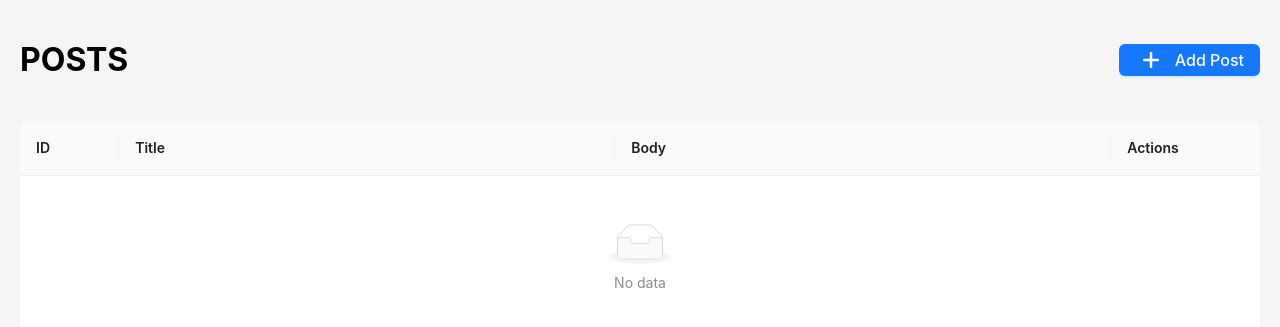
Repository: yasserrrz/Denamo-posts
Page: /
An editor plug-in stored every save of this project. The page is shown before and after a run of saves, followed by the edit.
The browser window is 1280 px wide. The pictures show the whole page.
The page's requests for data from a server got no answer. The project was rebuilt for these pictures with package versions that can differ from the ones it lists, and the page was loaded fresh each time. No one was signed in, and anything a server would have sent is missing. Also part of the build but not shown: src/components/PostForm.tsx.

Above is the page before, as saved 2024-11-28 16:41:28.

### src/App.tsx
import React, { useState } from 'react';
import { Button, Layout, Modal, Typography } from 'antd';
import DataTable from './components/DataTable';
// import AddPostForm from './components/AddPostForm';
import './App.css';
import PostForm from './components/PostForm';
import {ReactComponent as AddIcon} from "./assets/add-277.svg";
const { Header, Content } = Layout;
const { Title } = Typography;


const App: React.FC = () => {
  const [isModalOpen, setIsModalOpen] = useState(false);
  return (<>
    <Layout style={{ minHeight: '100vh' }}>
      <Content style={{ padding: '20px' }}>
         <div style={{marginTop: '20px ' , marginBottom: '20px' , display: 'flex', justifyContent: 'space-between' , alignItems: 'center' }}>
         <Title level={2} style={{ textAlign: 'center' , marginBottom:"0px" , marginTop:"0px" , fontSize: '32px' , fontWeight: '700' , textTransform: 'uppercase' , color: '#000' }}>
          Posts
        </Title>
         <Button onClick={()=>{setIsModalOpen(true)}} style={{fontSize: '16px' , fontWeight: '500' , padding: '15px'}} type="primary"><AddIcon/> Add Post</Button>
         </div>
        <div style={{ marginTop: '40px' }}>
          <DataTable />
        </div>
      </Content>
    </Layout>
    <Modal open={isModalOpen} title="Add New Post" centered width={800} onCancel={() => setIsModalOpen(false)} footer={null}>
      <PostForm  setIsModalOpen={setIsModalOpen} />
    </Modal>
  </>
  );
};

export default App;

### src/components/DataTable.tsx
import React, { useEffect, useState } from 'react';
import { Table, Button, Modal, Form, Input, notification } from 'antd';
import axios from 'axios';
import { Post } from '../types/Post';
import {ReactComponent as EditIcon} from "../assets/edit.svg"
import {ReactComponent as DeleteIcon} from "../assets/delete-icon-1.svg"
const DataTable: React.FC = () => {
  const [posts, setPosts] = useState<Post[]>([]);
  const [loading, setLoading] = useState<boolean>(true);
  const [editingPost, setEditingPost] = useState<Post | null>(null);
  const [isModalOpen, setIsModalOpen] = useState<boolean>(false);
  const [deleteModalOpen, setDeleteModalOpen] = useState<boolean>(false);

  useEffect(() => {
    const fetchData = async () => {
      setLoading(true);
      try {
        const response = await axios.get<Post[]>('https://jsonplaceholder.typicode.com/posts');
        setPosts(response.data);
      } catch (error) {
        console.log(error);
      } finally {
        setLoading(false);
      }
    };

    fetchData();
  }, []);

  const handleEdit = (post: Post) => {
    setEditingPost(post);
    setIsModalOpen(true);
  };

  const handleUpdatePost = async (values: Omit<Post, 'id'>) => {
    if (!editingPost) return;

    try {
      const response = await axios.put<Post>(
        `https://jsonplaceholder.typicode.com/posts/${editingPost.id}`,
        values
      );
      setPosts((prev) =>
        prev.map((post) => (post.id === editingPost.id ? { ...post, ...response.data } : post))
      );
      notification.success({
        message: 'Post Updated',
        description: `Post with ID ${editingPost.id} was updated successfully.`,
      });
    } catch (error) {
      notification.error({
        message: 'Error',
        description: 'Failed to update the post.',
      });
    } finally {
      setIsModalOpen(false);
      setEditingPost(null);
    }
  };

  const handleDelete = async (id: number) => {
    try {
      await axios.delete(`https://jsonplaceholder.typicode.com/posts/${id}`);
      setPosts((prev) => prev.filter((post) => post.id !== id));
      notification.success({
        message: 'Post Deleted',
        description: `Post with ID ${id} was deleted successfully.`,
      });
    } catch (error) {
      notification.error({
        message: 'Error',
        description: 'Failed to delete the post.',
      });
    }
    setDeleteModalOpen(false);
  };

  const columns = [
    {
      title: 'ID',
      dataIndex: 'id',
      key: 'id',
      width: '8%',
      render: (text: string) => <span style={{ fontSize: '12px', color: '#888' }}>{text}</span>,
    },
    {
      title: 'Title',
      dataIndex: 'title',
      key: 'title',
    },
    {
      title: 'Body',
      dataIndex: 'body',
      key: 'body',
    },
    {
      title: 'Actions',
      key: 'actions',
      width: '12%',
      render: (text: any, record: Post) => (
        <div style={{ width: '100%', display: 'flex', gap: '10px', justifyContent: 'space-around' }}>
          <Button type="primary"  onClick={() => handleEdit(record)}>
            <EditIcon/>
          </Button>
          <Button type={"primary"} danger onClick={() => {
            setEditingPost(record);
            setDeleteModalOpen(true);
          }}>
            <DeleteIcon/>
          </Button>
        </div>
      ),
    },
  ];

  return (
    <>
      <Table
        dataSource={posts}
        columns={columns}
        rowKey="id"
        loading={loading}
        scroll={{ y: "calc(100vh - 250px)",  x: 700}}
        pagination={{ pageSize: 10 }}
      />

      {/* edit modal */}
      <Modal
        title="Edit Post"
        open={isModalOpen}
        onCancel={() => setIsModalOpen(false)}
        footer={null}

        centered
      >
        <Form
          initialValues={{ title: editingPost?.title, body: editingPost?.body }}
          onFinish={handleUpdatePost}
          layout="vertical"
        >
          <Form.Item
            name="title"
            label="Title"
            rules={[{ required: true, message: 'Please input the title!' }]}

          >
            <Input placeholder="Enter post title" />
          </Form.Item>
          <Form.Item
            name="body"
            label="Body"
            rules={[{ required: true, message: 'Please input the body!' }]}
          >
            <Input.TextArea rows={4} placeholder="Enter post body" />
          </Form.Item>
          <Form.Item style={{ textAlign: 'center' , display: 'flex', justifyContent: 'flex-end' }}>
            <Button type="default"  htmlType="submit">
              Update Post
            </Button>
          </Form.Item>
        </Form>
      </Modal>

      {/* Delete modal */}
      <Modal
        title="Delete Post"
        open={deleteModalOpen}
        onCancel={() => setDeleteModalOpen(false)}
        footer={null}

        centered
      >
        <p>Are you sure you want to delete this post?</p>
        <div style={{ display: 'flex', gap: '10px', justifyContent: "flex-end" }}>
          <button className='delete-btn' onClick={() => handleDelete(editingPost?.id || 0)}>
            Yes
          </button>
          <button  className='cancel' onClick={() => setDeleteModalOpen(false)}>No</button>
        </div>
      </Modal>
    </>
  );
};

export default DataTable;

### src/App.css
.cancel{
  color: #000000e0;
  background-color: #fff;
  border: 1px solid #000000e0;
  border-radius: 8px;
  padding: 8px 15px;
  cursor: pointer;
  transition: all 0.15s ease-in-out;
}

.cancel:hover{
  background-color: #000000e0;
  color: #fff;
}

.delete-btn{
  color: #fff;
  background-color: #ff4d4f;
  border: 1px solid #ff4d4f;
  border-radius: 8px;
  padding: 8px 15px;
  cursor: pointer;
  transition: all 0.15s ease-in-out;
}

.delete-btn:hover{
  background-color: #fff;
  color: #ff4d4f;
  border: 1px solid #ff4d4f;
}

.ant-table-body {
  scrollbar-width: thin;
  scrollbar-color: #888 #f5f5f5;
  overflow-y: scroll; /* Ensure vertical scrolling is functional */
  scrollbar-width: none; /* Hide scrollbar in Firefox */
}

.ant-table-body ::-webkit-scrollbar-corner
 {
  display: none;
}

.svg-container {
  width: 24px;
  height: 24px;
}

.svg-container svg {
  width: 100%;
  height: 100%;
}

Loaded but not shown: public/index.html (common file); src/index.tsx (common file); src/index.css (common file); src/reportWebVitals.ts (common file)

After the next 4 saves:
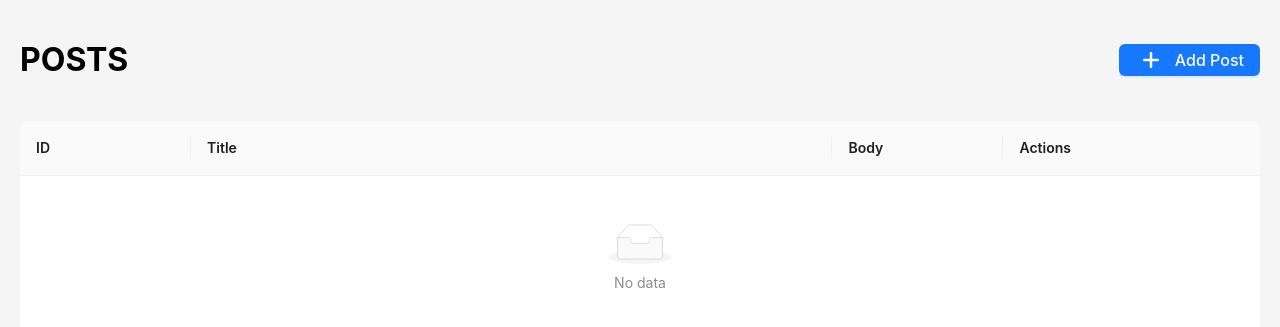
The 4 saves are shown as one change because they came seconds apart.
The last was saved 35 s later.
--- a/src/components/DataTable.tsx
+++ b/src/components/DataTable.tsx
@@ -87,11 +87,13 @@ const DataTable: React.FC = () => {
       title: 'Title',
       dataIndex: 'title',
       key: 'title',
+      width: '30%',
     },
     {
       title: 'Body',
       dataIndex: 'body',
       key: 'body',
+      width: '8%',
     },
     {
       title: 'Actions',
